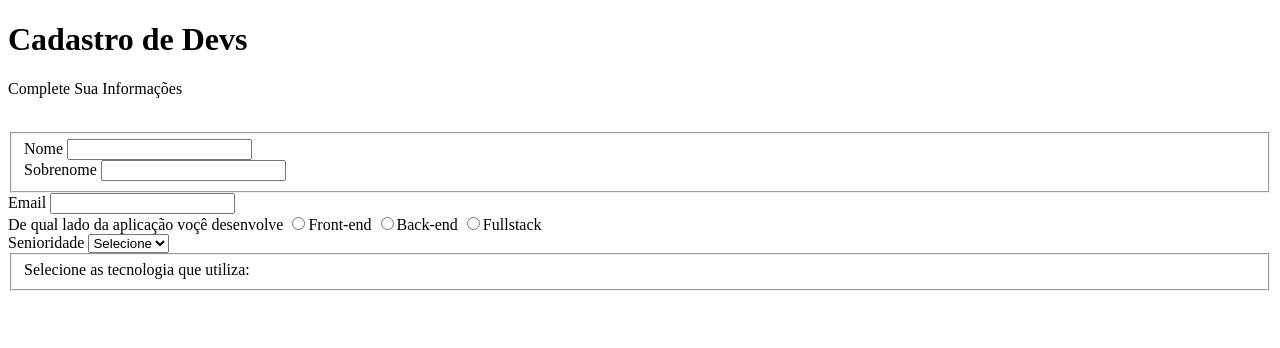
Repository: 2020francesco/formulario
Page: formulario.html
An editor plug-in stored every save of this project. The page is shown before and after the next save, followed by the edit.
The browser window is 1280 px wide. The pictures show the whole page.

Above is the page before, as saved 2021-04-20 11:56:00.

### formulario.html
<!DOCTYPE html>
<html lang="en">
  <head>
    <meta charset="utf-8">
    <meta name="viewport" content="width=device-width, initial-scale=1.0">

    <title>Cadastro</title>
  </head>
  <body>

    <div>
      <h1>Cadastro de Devs</h1>
      <p>Complete Sua Informações</p>
      <br>
    </div>

    <form>
      <fieldset>
        <div>
          <label>Nome</label>
          <input type="text" name="nome" id="nome">
        </div>

        <div>
          <label>Sobrenome</label>
          <input type="text" name="sobrenome" id="sobrenome">
        </div>
      </fieldset>

      <div>
        <label>Email</label>
        <input type="email" name="email" id="email">
      </div>

      <div>
        <label>De qual lado da aplicação voçê desenvolve</label>
        <label>
          <input type="radio" name="devweb" value="frontend">Front-end
        </label>

        <label>
          <input type="radio" name="devweb" value="backend">Back-end
        </label>

        <label>
          <input type="radio" name="devweb" value="fullstack">Fullstack
        </label>
      </div>

      <div>
        <label>Senioridade</label>
        <select id="senioridade">
          <option selected disabled value="">Selecione</option>
          <option>Júnior</option>
          <option>Pleno</option>
          <option>Senior</option>
        </select>
      </div>

      <fieldset>
        <div>
          <label>Selecione as tecnologia que utiliza: </label><br>
        </div>
      </fieldset>
    </form>

  </body>
</html>

After the next save:
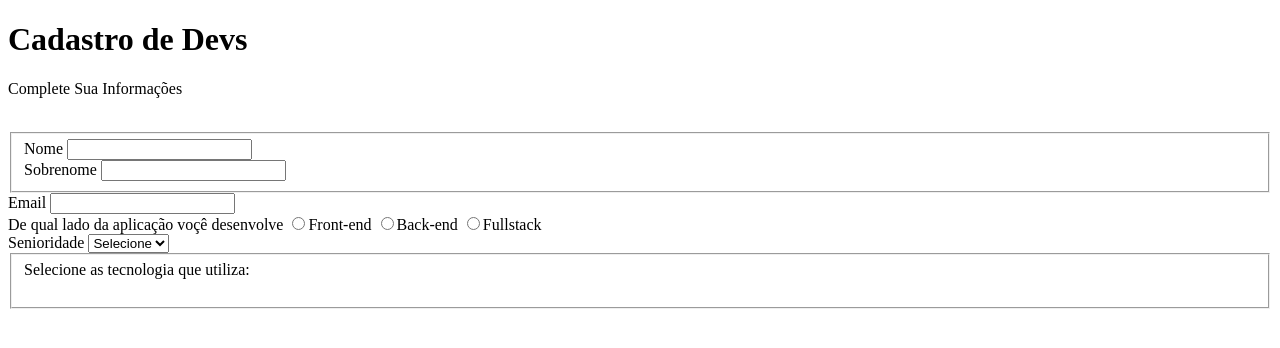
Saved 4 s later.
--- a/formulario.html
+++ b/formulario.html
@@ -59,7 +59,7 @@
 
       <fieldset>
         <div>
-          <label>Selecione as tecnologia que utiliza: </label><br>
+          <label>Selecione as tecnologia que utiliza: </label><br><br>
         </div>
       </fieldset>
     </form>
